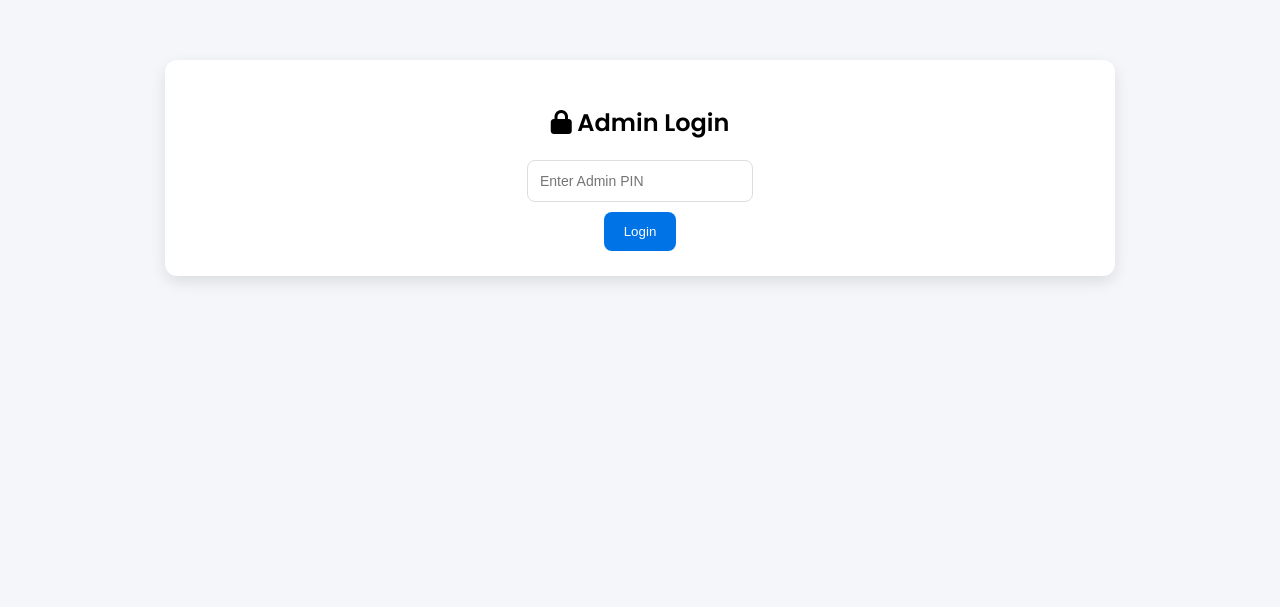
Repository: naimuddin1190/puc-class-management
Page: http://localhost/admin.php
These files come from the project's save history. The page is drawn as it stood at one moment and after the next save; the edit follows.
The browser window is 1280 px wide. The pictures show the whole page.
The page is run by PHP 8.4 with error messages shown; the project is at /var/www/html/.

Above is the page before, as saved 2025-09-04 00:37:49.

After the next save:
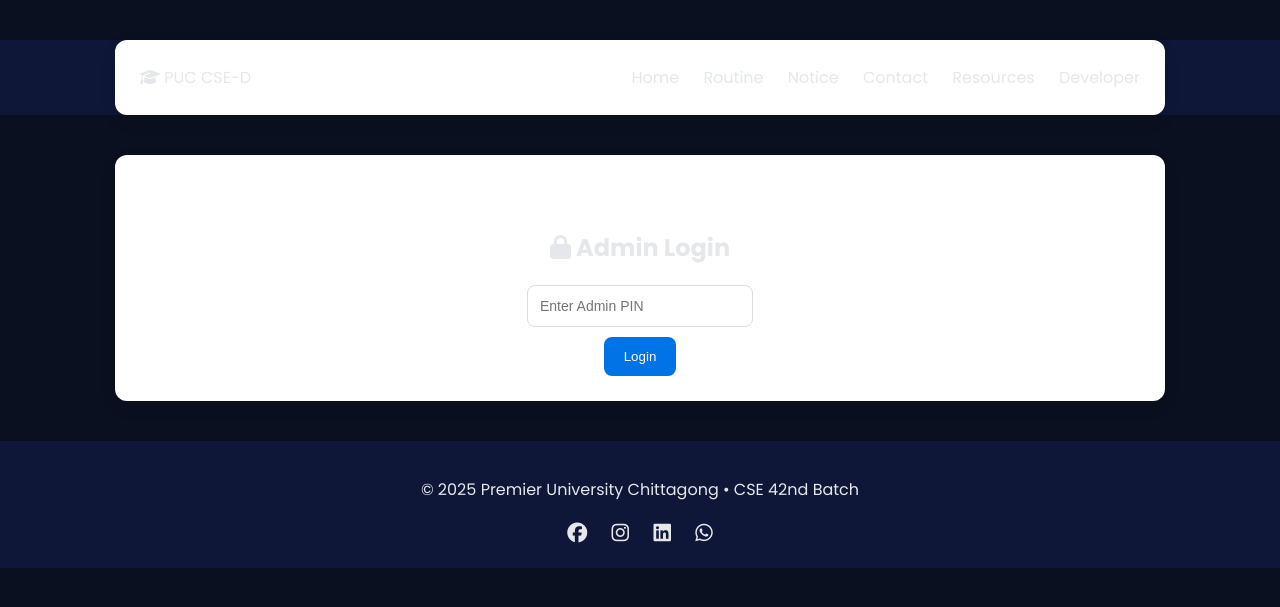
Saved 62 s later.
--- a/admin.php
+++ b/admin.php
@@ -34,23 +34,22 @@ if (isset($_SESSION['admin']) && $_SESSION['admin'] === true) {
 <head>
   <meta charset="UTF-8">
   <meta name="viewport" content="width=device-width, initial-scale=1">
-  <title>Admin - Developer Messages</title>
-  <link href="https://fonts.googleapis.com/css2?family=Poppins:wght@300;400;600&display=swap" rel="stylesheet">
+  <title>Admin • Developer Messages</title>
+  <link href="https://fonts.googleapis.com/css2?family=Poppins:wght@300;400;600;700&display=swap" rel="stylesheet">
   <link href="https://cdnjs.cloudflare.com/ajax/libs/font-awesome/6.5.0/css/all.min.css" rel="stylesheet">
+  <link rel="stylesheet" href="style.css">
   <style>
-    body {font-family: 'Poppins', sans-serif; background:#f5f6fa; margin:0; padding:0;}
-    .container {max-width: 900px; margin: 60px auto; background:#fff; padding:25px; border-radius:12px; box-shadow:0 6px 15px rgba(0,0,0,0.1);}
-    h2 {margin-bottom:20px;}
-    table {width:100%; border-collapse:collapse;}
-    th, td {padding:12px; border-bottom:1px solid #ddd; text-align:left; font-size:14px;}
+    .container {max-width:1000px; margin:40px auto; background:#fff; padding:25px; border-radius:12px; box-shadow:0 6px 15px rgba(0,0,0,0.1);}
+    table {width:100%; border-collapse:collapse; margin-top:20px;}
+    th, td {padding:12px; border-bottom:1px solid #ddd; font-size:14px;}
     th {background:#0073e6; color:#fff;}
     tr:hover {background:#f1f1f1;}
     .btn {padding:6px 12px; border:none; border-radius:6px; cursor:pointer; font-size:13px; text-decoration:none;}
     .btn-delete {background:#e74c3c; color:#fff;}
     .btn-delete:hover {background:#c0392b;}
-    .btn-logout {background:#555; color:#fff;}
+    .btn-logout {background:#555; color:#fff; margin-bottom:20px; display:inline-block;}
     .btn-logout:hover {background:#333;}
-    .login-box {text-align:center;}
+    .login-box {text-align:center; margin-top:50px;}
     .login-box input {padding:12px; font-size:14px; border:1px solid #ddd; border-radius:8px; width:200px;}
     .login-box button {padding:12px 20px; background:#0073e6; color:#fff; border:none; border-radius:8px; cursor:pointer; margin-top:10px;}
     .alert {margin:15px auto; padding:10px; border-radius:8px; width:250px; font-size:14px;}
@@ -58,6 +57,22 @@ if (isset($_SESSION['admin']) && $_SESSION['admin'] === true) {
   </style>
 </head>
 <body>
+
+  <!-- NAVBAR -->
+  <nav class="nav">
+    <div class="nav-inner container">
+      <div class="brand"><i class="fa-solid fa-graduation-cap"></i> PUC CSE-D</div>
+      <div class="menu">
+        <a href="index.html#home">Home</a>
+        <a href="index.html#routine">Routine</a>
+        <a href="index.html#notice">Notice</a>
+        <a href="index.html#contact">Contact</a>
+        <a href="resources.php">Resources</a>
+        <a href="developer.php">Developer</a>
+      </div>
+    </div>
+  </nav>
+
   <div class="container">
     <?php if (!isset($_SESSION['admin'])): ?>
       <!-- Login Form -->
@@ -72,7 +87,7 @@ if (isset($_SESSION['admin']) && $_SESSION['admin'] === true) {
     <?php else: ?>
       <!-- Messages Table -->
       <h2><i class="fa-solid fa-inbox"></i> Developer Messages</h2>
-      <p><a href="admin.php?logout=1" class="btn btn-logout"><i class="fa-solid fa-right-from-bracket"></i> Logout</a></p>
+      <a href="admin.php?logout=1" class="btn btn-logout"><i class="fa-solid fa-right-from-bracket"></i> Logout</a>
       <?php if ($result->num_rows > 0): ?>
         <table>
           <tr>
@@ -99,5 +114,17 @@ if (isset($_SESSION['admin']) && $_SESSION['admin'] === true) {
       <?php endif; ?>
     <?php endif; ?>
   </div>
+
+  <!-- FOOTER -->
+  <footer class="footer">
+    <p>© 2025 Premier University Chittagong • CSE 42nd Batch</p>
+    <div class="socials">
+      <a href="https://facebook.com"><i class="fab fa-facebook"></i></a>
+      <a href="https://instagram.com"><i class="fab fa-instagram"></i></a>
+      <a href="https://linkedin.com"><i class="fab fa-linkedin"></i></a>
+      <a href="https://chat.whatsapp.com/your-group-link"><i class="fab fa-whatsapp"></i></a>
+    </div>
+  </footer>
+
 </body>
 </html>
